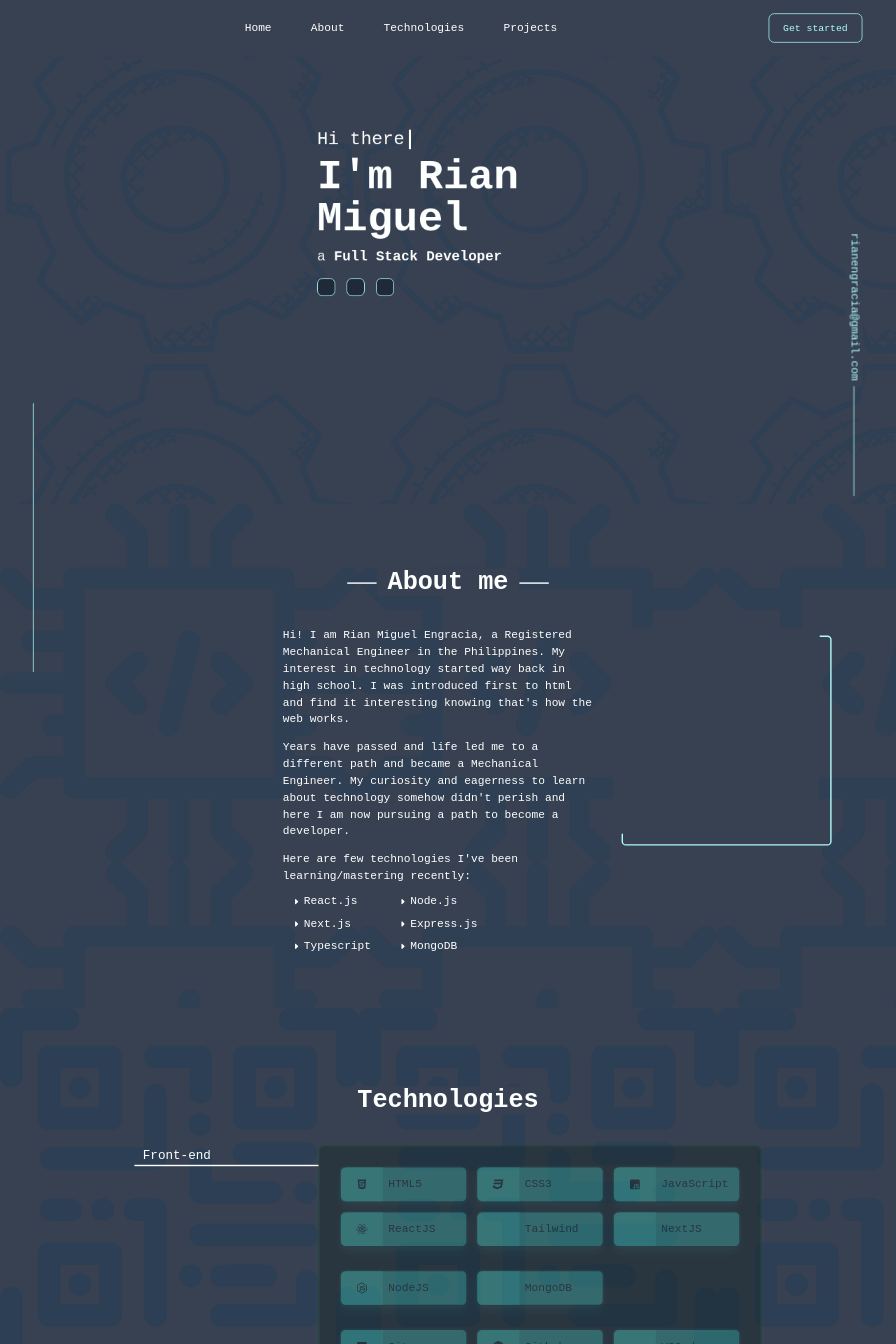
Repository: riandev25/nextjs-portfolio
Page: /
An editor plug-in stored every save of this project. The page is shown before and after the next save, followed by the edit.
The browser window is 1280 px wide. The pictures show the part of the page from y = 0 to 1920 px (the page is 2880 px tall), at 70% of full size.
Backgrounds fixed to the window are drawn as part of the page. The project was rebuilt for these pictures with package versions that can differ from the ones it lists, and the page was loaded fresh each time. The framework's server and built-in components were replaced by stand-ins that run in the browser. Also part of the build but not shown: next.config.js, components/Home/Keyboard/index.module.css, components/Home/Keyboard/index.jsx.

Above is the page before, as saved 2022-11-13 11:26:47.

### pages/_app.jsx
import Head from 'next/head';
import link from 'next/link';
import '../styles/globals.css';

import Layout from '../components/Layout';
import { ParallaxProvider } from 'react-scroll-parallax';

function MyApp({ Component, pageProps }) {
  return (
    <ParallaxProvider>
      <Head>
        <title>Rian Miguel Engracia</title>
        <meta name='viewport' content='initial-scale=1.0, width=device-width' />
        <link
          rel='apple-touch-icon'
          sizes='180x180'
          href='/apple-touch-icon.png'
        />
        <link
          rel='icon'
          type='image/png'
          sizes='32x32'
          href='/favicon-32x32.png'
        />
        <link
          rel='icon'
          type='image/png'
          sizes='16x16'
          href='/favicon-16x16.png'
        />
        <link rel='manifest' href='/site.webmanifest' />
        <link rel='mask-icon' href='/safari-pinned-tab.svg' color='#5bbad5' />
        <meta name='msapplication-TileColor' content='#2d89ef' />
        <meta name='theme-color' content='#ffffff' />
      </Head>
      <Layout>
        <Component {...pageProps} />
      </Layout>
    </ParallaxProvider>
  );
}

export default MyApp;

### pages/index.jsx
import Head from 'next/head';
import Image from 'next/image';
import Home from '../components/Home/Home';
import { Fragment } from 'react';
import Header from '../components/Header';
import About from '../components/About';
import Technologies from '../components/Technologies';
import Projects from '../components/Projects';

export default function Page() {
  return (
    <Fragment>
      <Header />
      <Home />
      <About />
      <Technologies />
      <Projects title='Projects' />
    </Fragment>
  );
}

### styles/globals.css
@tailwind base;
@tailwind components;
@tailwind utilities;

html,
body {
  padding: 0;
  margin: 0;
  /* font-family: 'Roboto', sans-serif; */
  font-family: monospace, sans-serif;
}

a {
  color: inherit;
  text-decoration: none;
}

* {
  box-sizing: border-box;
}

.image-filter {
  /* filter: invert(93%) sepia(19%) saturate(586%) hue-rotate(121deg)
    brightness(102%) contrast(97%); */
  filter: invert(93%) sepia(69%) saturate(347%) hue-rotate(120deg)
    brightness(104%) contrast(97%);
  opacity: 0.3;
  transition: filter 0.3s, opacity 0.3s;
}

.image-filter:hover {
  filter: none;
  opacity: 1;
}

@media (prefers-color-scheme: dark) {
  html {
    color-scheme: dark;
  }
  body {
    color: white;
    background: black;
  }
}

### components/Layout/index.jsx
import Header from '../Header';
import Email from '../Header/Email';

const Layout = ({ children }) => {
  return (
    <div className='relative w-full h-full bg-gray-700' dir='ltr'>
      <Header />
      <Email />
      {children}
    </div>
  );
};

export default Layout;

### components/Home/Home.jsx
import Link from 'next/link';
import Image from 'next/future/image';
import { useParallax } from 'react-scroll-parallax';
import styles from './index.module.css';
import DevImage from '../../assets/images/dev-image.svg';
import GithubImage from '../../assets/images/github-neon-fill.png';
import LinkedinImage from '../../assets/images/linkedin-neon-fill.png';
import FacebookImage from '../../assets/images/facebook-neon-fill.png';
import Keyboard from './Keyboard';
import { useState } from 'react';

export const CONTACTS = [
  {
    id: 'github',
    imgSrc: GithubImage,
    link: 'https://github.com/riandev25',
  },
  {
    id: 'linkedin',
    imgSrc: LinkedinImage,
    link: 'https://www.linkedin.com/in/rian-miguel-engracia/',
  },
  {
    id: 'facebook',
    imgSrc: FacebookImage,
    link: 'https://web.facebook.com/rianmiguel.engracia',
  },
  {
    id: 'email',
    email: 'rianengracia@gmail.com',
  },
];

const nameArray = ['I', '&apos;', 'm', ' ', 'R', 'i', 'a', 'n'];
const jobArray = [
  'f',
  'u',
  'l',
  'l',
  ' ',
  's',
  't',
  'a',
  'c',
  'k',
  ' ',
  'd',
  'e',
  'v',
  'e',
  'l',
  'o',
  'p',
  'e',
  'r',
];

const Home = () => {
  const { ref } = useParallax({
    translateY: [-100, 30, 'easeInOut'],
  });
  const [keyboard, setKeyboard] = useState(true);
  return (
    <header className='flex justify-center items-center w-full h-screen px-20 bg-fixed bg-repeat bg-bg_gear_image'>
      <section ref={ref} className='w-4/12 space-y-4'>
        <div className='flex flex-col gap-2.5 place-items-start'>
          <h1 className={`text-xl font-thin text-white ${styles.typingLet}`}>
            Hi there!
          </h1>
          <h1 className='text-6xl font-bold animate-neon_text'>
            I&apos;m Rian Miguel
          </h1>
          <h1 className='text-xl text-white font-bold'>
            <span className='text-xl font-thin'>a</span> Full Stack Developer
          </h1>
        </div>
        <ul className='flex flex-row gap-4'>
          {CONTACTS.map((item) => {
            if (item.id === 'email') return;
            return (
              <li
                className='block p-3 bg-gray-800 border rounded-lg border-[#b2fcfb] transition-all hover:scale-110'
                key={item.id}
              >
                <Link href={item.link} legacyBehavior>
                  <a className=''>
                    <Image
                      className=''
                      src={item.imgSrc}
                      alt={item.id}
                      width={20}
                      height={20}
                      sizes='5vw'
                    />
                  </a>
                </Link>
              </li>
            );
          })}
        </ul>
      </section>
      <section className='hidden lg:flex max-w-2xl h-full justify-center items-center'>
        <Image
          src={DevImage}
          alt='dev-image'
          width={500}
          height={500}
          sizes='(max-width: 768px) 50vw'
        />
        {/* <Keyboard /> */}
      </section>
    </header>
  );
};

export default Home;

### components/Header/index.jsx
import Logo from '../Logo';
import Navbar from './Navbar';
import { FontAwesomeIcon } from '@fortawesome/react-fontawesome';
import { faBars } from '@fortawesome/free-solid-svg-icons';

const Header = () => {
  return (
    <nav className='px-8 py-1 bg-gray-700 dark:bg-gray-900 fixed w-full z-50 top-0 left-0 border-b shadow-sm border-gray-700 md:px-12 md:py-3 dark:border-gray-600'>
      <div className='flex flex-row justify-between items-center w-full'>
        <section className=''>
          <Logo />
        </section>

        <div className='flex md:order-2'>
          <button
            type='button'
            className='hidden lg:flex bg-transparent text-[#b2fcfb] border border-[#b2fcfb] hover:bg-[#b2fcfb] hover:opacity-40 transition-all font-medium rounded-lg text-sm px-5 py-2.5 text-center mr-3 md:mr-0 dark:bg-blue-600 dark:hover:bg-blue-700 dark:focus:ring-blue-800'
          >
            Get started
          </button>
          <button
            data-collapse-toggle='navbar-sticky'
            type='button'
            className='cursor-pointer inline-flex items-center p-2 text-sm bg-white rounded-lg md:hidden hover:bg-gray-400 focus:outline-none focus:ring-2 focus:ring-gray-200 dark:text-gray-400 dark:hover:bg-gray-700 dark:focus:ring-gray-600'
            aria-controls='navbar-sticky'
            aria-expanded='false'
          >
            <span className='sr-only'>Open main menu</span>
            <FontAwesomeIcon icon={faBars} className='text-gray-800' />
          </button>
        </div>
        <Navbar />
      </div>
    </nav>
  );
};

export default Header;

### components/About/index.jsx
import Image from 'next/future/image';
import Contacts from './Contacts';
import PageHeader from '../PageHeader';
import { FontAwesomeIcon } from '@fortawesome/react-fontawesome';
import { faCaretRight } from '@fortawesome/free-solid-svg-icons';
import ProgrammerImage from '../../assets/images/programmer.jpg';
import { useParallax } from 'react-scroll-parallax';

const technologies = [
  'React.js',
  'Node.js',
  'Next.js',
  'Express.js',
  'Typescript',
  'MongoDB',
];

const About = () => {
  return (
    <div className='relative pt-4 w-full h-screen flex flex-col gap-11 justify-center items-center text-white px-20 bg-bg_chip_image bg-fixed'>
      <Contacts />
      <PageHeader title='About me' />
      <div className='max-w-3xl flex flex-row gap-6'>
        <section className='max-w-md flex flex-col gap-4'>
          <p>
            Hi! I am Rian Miguel Engracia, a Registered Mechanical Engineer in
            the Philippines. My interest in technology started way back in high
            school. I was introduced first to html and find it interesting
            knowing that&apos;s how the web works.
          </p>
          <p>
            Years have passed and life led me to a different path and became a
            Mechanical Engineer. My curiosity and eagerness to learn about
            technology somehow didn&apos;t perish and here I am now pursuing a
            path to become a{' '}
            <span className='text-[neon-green] no-underline decoration-[neon-green] underline-offset-4 decoration-2 hover:underline'>
              developer
            </span>
            .
          </p>
          <div className='flex flex-col gap-3'>
            <p>
              Here are few technologies I&apos;ve been learning/mastering
              recently:
            </p>
            <ul className='grid grid-cols-3 gap-2'>
              {technologies.map((item, i) => {
                return (
                  <li
                    key={item}
                    className={`${(i + 1) % 2 === 0 ? 'col-span-2' : ''}
                    } flex justify-start items-center gap-2 pl-4`}
                  >
                    <FontAwesomeIcon icon={faCaretRight} className='w-1.5' />
                    <span className=''>{item}</span>
                  </li>
                );
              })}
            </ul>
          </div>
        </section>
        <section className='relative'>
          <div className='absolute z-20 w-[295px] h-[295px] bg-gray-700'></div>
          <Image
            className='relative z-30 rounded-md image-filter bg-[#b2fcfb] border-2 peer'
            src={ProgrammerImage}
            alt='developer'
            width={300}
            height={300}
            priority='false'
            sizes='(max-width: 768px) 100vw, 50vw'
          />
          <div className='absolute top-0 left-0 w-[300px] h-[300px] bg-transparent border-2 border-[#b2fcfb] transition-duration-300 delay-300 ease-in-out translate-x-3 translate-y-3 z-10 rounded-md peer-hover:translate-x-2 peer-hover:translate-y-2 '></div>
        </section>
      </div>
    </div>
  );
};

export default About;

### components/Projects/index.jsx
import Link from 'next/link';
import Image from 'next/future/image';
import PageHeader from '../PageHeader';
import WeatherImage from '../../assets/images/weather-app.png';
import { FontAwesomeIcon } from '@fortawesome/react-fontawesome';
import { faGithubAlt } from '@fortawesome/free-brands-svg-icons';
import { faSquareArrowUpRight } from '@fortawesome/free-solid-svg-icons';
import Links from './Links';

const TECH_WEATHER = ['HTML', 'CSS', 'Javascript'];
const WEATHER = [
  {
    id: 1,
    icon: faGithubAlt,
    link: 'https://riandev25.github.io/js-weather-app/dist/',
  },
  {
    id: 2,
    icon: faSquareArrowUpRight,
    link: 'https://riandev25.github.io/js-weather-app/dist/',
  },
];

const Projects = () => {
  return (
    <div className='pt-4 flex flex-col w-full h-screen gap-11 justify-center items-center text-white px-20 bg-bg_binary_image bg-fixed'>
      <PageHeader title='Projects' />
      <div className='flex flex-row justify-center items-center max-w-full '>
        <section className='z-10 relative w-[35rem] aspect-[17/11] bg-green-100 flex-auto flex'>
          <Image
            src={WeatherImage}
            alt='weather-app'
            fill
            className='object-cover absolute'
          />
        </section>
        <section
          className='z-20 w-[23rem] overflow-visible bg-red-400 space-y-4 lg:w=[28rem]'
          dir='rtl'
        >
          <div className='flex flex-col justify-end items-end' dir='ltr'>
            <h2 className='text-neon text-right'>Featured Project</h2>
            <h1 className='text-xl font-bold text-right'>
              Weather Application
            </h1>
          </div>
          <div className='w-[34rem] bg-gray-800 p-7 pl-9 pr-5 rounded-sm'>
            <p className='text-right'>
              A fully responsive weather application. I built this project to
              enhance vanilla javascript skills and dom manipulation. Open
              location of your device for better user experience.
            </p>
          </div>
          <ul
            className='flex flex-row justify-end items-center gap-4'
            dir='ltr'
          >
            {TECH_WEATHER.map((item) => {
              return <li key={item}>{item}</li>;
            })}
          </ul>
          <Links array={WEATHER} />
        </section>
      </div>
    </div>
  );
};

export default Projects;

### components/Header/Email.jsx
import Link from 'next/link';

const Email = () => {
  return (
    <aside className='fixed bottom-36 right-12 origin-top-right rotate-90'>
      <div className='flex justify-center items-center relative'>
        <Link href='' legacyBehavior>
          <a className='z-50 transition-all text-[#b2fcfb] bg-gray-700 px-2 hover:text-[#68fffc] hover:scale-110'>
            rianengracia@gmail.com
          </a>
        </Link>
        <div className='w-96 bg-[#b2fcfb] absolute top-1/2 left-0 h-px'></div>
      </div>
    </aside>
  );
};

export default Email;

### components/Home/index.module.css
.typingLet {
  width: 134px;
  animation: typing 2s steps(12), blink 0.5s step-end infinite alternate;
  white-space: nowrap;
  overflow: hidden;
  border-right: 3px solid;
  font-family: monospace;
  font-size: 2em;
}

@keyframes typing {
  from {
    width: 0;
  }
}

@keyframes blink {
  50% {
    border-color: transparent;
  }
}

### components/Logo/index.jsx
import Image from 'next/future/image';
import LogoImage from '../../assets/images/logo.svg';
import LogoDark from '../../assets/images/logo-dark.svg';
import LogoLight from '../../assets/images/logo-light.svg';
import {
  faAngleLeft,
  faGear,
  faforward,
} from '@fortawesome/free-solid-svg-icons';
import { FontAwesomeIcon } from '@fortawesome/react-fontawesome';

const Logo = () => {
  return (
    <div className='flex items-center relative'>
      <Image
        src={LogoImage}
        alt='logo'
        width={185}
        height={55}
        className='hidden md:flex'
        sizes='(max-width: 768px) 15vw'
      />
      {/* <Image
        src={LogoLight}
        alt='logo-light'
        width={50}
        height={50}
        className='flex md:hidden'
        sizes='(max-width: 768px) 15vw'
      /> */}
    </div>
  );
};

export default Logo;

### components/Header/Navbar.jsx
import Link from 'next/link';

const Navbar = () => {
  const data = [
    {
      id: 'Home',
    },
    {
      id: 'About',
    },
    {
      id: 'Technologies',
    },
    {
      id: 'Projects',
    },
  ];
  return (
    <div
      className='hidden absolute top-0 right-0 justify-between items-center w-full md:flex md:relative md:w-auto md:order-1'
      id='navbar-sticky'
    >
      <ul className='flex flex-col justify-center items-center flex-auto rounded-lg md:justify-between md:flex-row md:space-x-12 md:p-2 md:mt-0 md:text-sm md:font-medium md:border-0 dark:bg-gray-800 md:dark:bg-gray-900 dark:border-gray-700'>
        {data.map((item) => {
          return (
            <li key={item.id} className='relative group'>
              <Link href={item.id}>
                <a
                  className='block py-2 px-1 text-base font-extralight text-white dark:text-white'
                  // aria-current='page'
                >
                  {item.id}
                </a>
              </Link>

              <span className='z-50 absolute bottom-1.5 w-0 h-[1px] bg-white transition-all md:group-hover:w-full'></span>
            </li>
          );
        })}
      </ul>
    </div>
  );
};

export default Navbar;

### components/About/Contacts.jsx
import Link from 'next/link';
import Image from 'next/future/image';
import GithubImage from '../../assets/images/github-neon.png';
import LinkedinImage from '../../assets/images/linkedin-neon.png';
import FacebookImage from '../../assets/images/facebook-neon.png';

const CONTACTS = [
  {
    id: 'github',
    imgSrc: GithubImage,
    link: 'https://github.com/riandev25',
  },
  {
    id: 'linkedin',
    imgSrc: LinkedinImage,
    link: 'https://www.linkedin.com/in/rian-miguel-engracia/',
  },
  {
    id: 'facebook',
    imgSrc: FacebookImage,
    link: 'https://web.facebook.com/rianmiguel.engracia',
  },
];

const Contacts = () => {
  return (
    <nav className='fixed bottom-36 left-12 origin-top-left rotate-90'>
      <ul className='flex justify-center items-center relative gap-4'>
        {CONTACTS.map((item) => {
          return (
            <li key={item.id} className='block transition-all hover:scale-110'>
              <Link href={item.link} legacyBehavior>
                <a className=''>
                  <Image
                    className=''
                    src={item.imgSrc}
                    alt={item.id}
                    width={20}
                    height={20}
                    sizes='5vw'
                  />
                </a>
              </Link>
            </li>
          );
        })}
        <div className='w-96 bg-[#b2fcfb] absolute top-1/2 left-0 h-px'></div>
      </ul>
    </nav>
  );
};

export default Contacts;

### components/PageHeader/index.jsx
const PageHeader = ({ title }) => {
  return (
    <div className='relative overflow-visible flex justify-center items-center'>
      <h1 className='relative z-10 w-full text-4xl font-bold flex flex-start bg-gray-700 px-4 animate-neon_text'>
        {title}
      </h1>
      <span className='absolute top-1/2 w-72 h-0.5 bg-white animated-neon_bg'></span>
    </div>
  );
};

export default PageHeader;

### components/Projects/Links.jsx
import Link from 'next/link';
import { FontAwesomeIcon } from '@fortawesome/react-fontawesome';

const Links = ({ array }) => {
  array.map((item) => {
    return (
      <ul key={item.id} className='flex flex-row'>
        <li>
          <Link href={item.link} passHref>
            <a>
              <FontAwesomeIcon icon={item.icon} className='text-white w-3' />
            </a>
          </Link>
        </li>
      </ul>
    );
  });
};

export default Links;

// 'https://riandev25.github.io/js-weather-app/dist/'

Loaded but not shown: tailwind.config.js (60 lines, source omitted); pages/_document.js (24 lines, source omitted); components/Technologies/index.jsx (206 lines, source omitted)

After the next save:
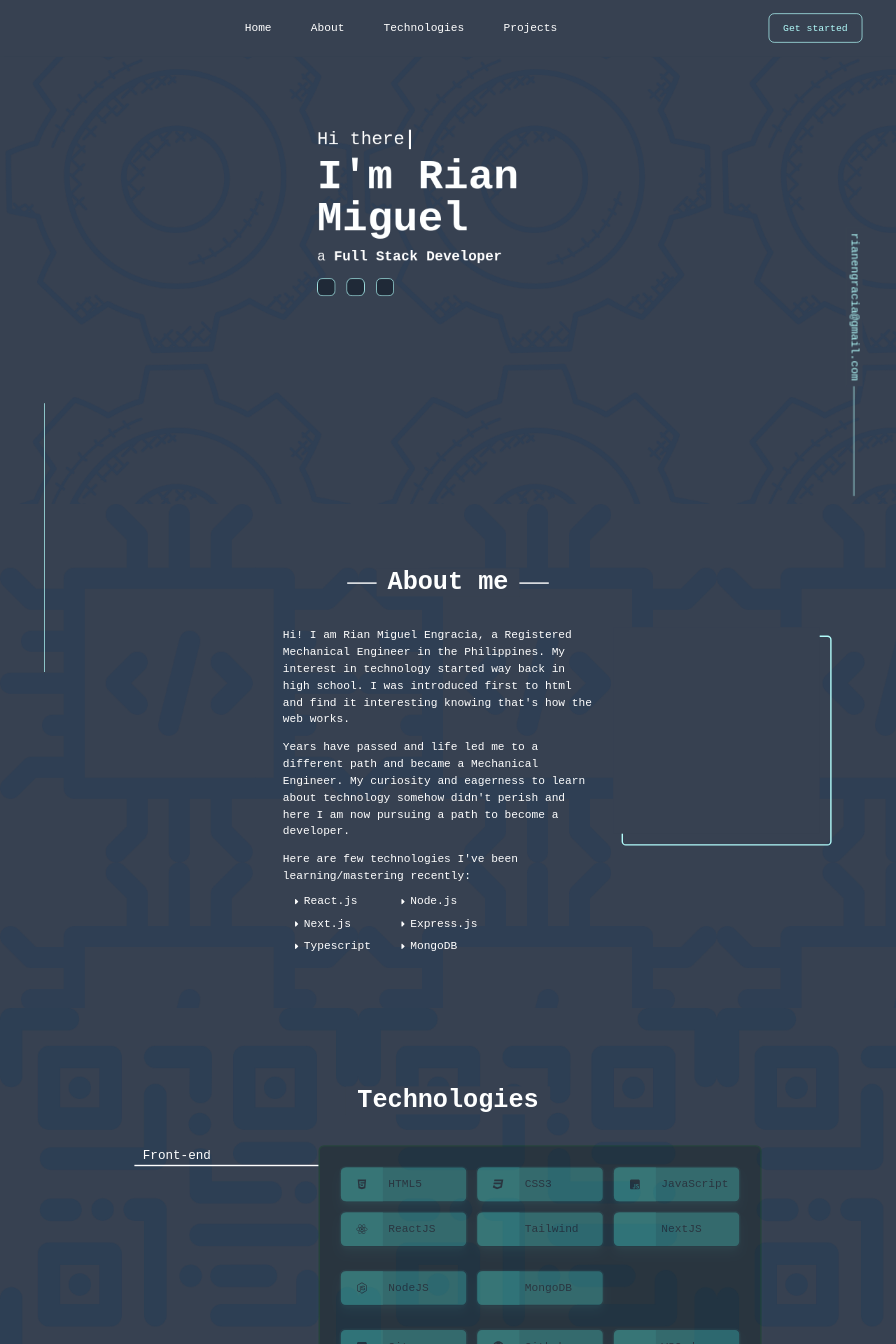
Saved 31 s later.
--- a/components/About/Contacts.jsx
+++ b/components/About/Contacts.jsx
@@ -24,7 +24,7 @@ const CONTACTS = [
 
 const Contacts = () => {
   return (
-    <nav className='fixed bottom-36 left-12 origin-top-left rotate-90'>
+    <nav className='fixed bottom-36 left-16 origin-top-left rotate-90'>
       <ul className='flex justify-center items-center relative gap-4'>
         {CONTACTS.map((item) => {
           return (
